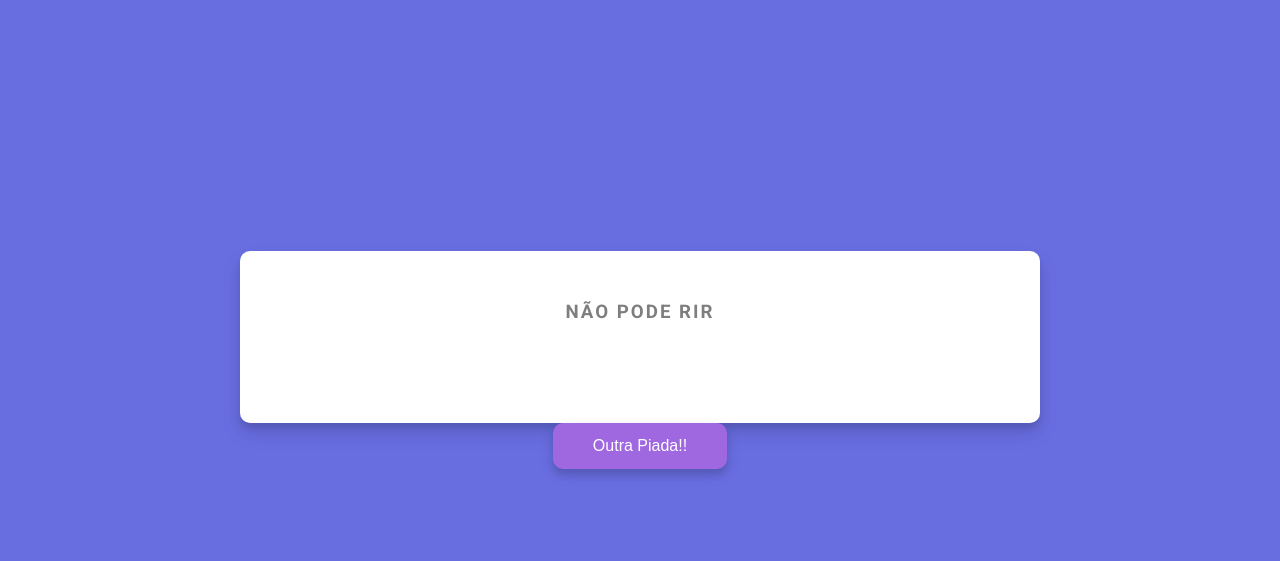
Repository: Williamlmachado/Dad-Jokes
Page: index.html
An editor plug-in stored every save of this project. The page is shown before and after the next save, followed by the edit.
The browser window is 1280 px wide. The pictures show the whole page.

Above is the page before, as saved 2021-08-21 13:18:36.
Console error: SyntaxError: Missing initializer in const declaration

### index.html
<!DOCTYPE html>
<html lang="en">
    <head>
        <meta charset="UTF-8"/>
        <meta name="viewport" content="width=device-width, initial-scale=1.0"/>
        <link rel="stylesheet" href="style.css"/>
        <title>PIADAS</title>
    </head>
    <body>
        <div class="container">
            <h3>NÃO PODE RIR</h3>
            <div id="joke" class="joke"></div>
        </div>
        <button id="jokeBtn" class="btn">Outra Piada!!</button>
        <script src="script.js"></script>
    </body>
</html>

### style.css
@import url('https://fonts.googleapis.com/css2?family=Roboto:wght@400;700&display=swap');

* {
  box-sizing: border-box;
}

body {
  background-color: #686de0;
  font-family: 'Roboto', sans-serif;
  display: flex;
  flex-direction: column;
  align-items: center;
  justify-content: center;
  height: 100vh;
  overflow: hidden;
  margin: 0;
  padding: 20px;
}
.container {
    background-color: #fff;
    border-radius: 10px;
    box-shadow: 0 10px 20px rgba(0, 0, 0, 0.1), 0 6px 6px rgba(0, 0, 0, 0.1);
    padding: 50px 20px;
    text-align: center;
    max-width: 100%;
    width: 800px;
  }

  h3 {
    margin: 0;
    opacity: 0.5;
    letter-spacing: 2px;
  letter-spacing: 2px;
}
.joke {
    font-size: 30px;
    letter-spacing: 1px;
    line-height: 40px;
    margin: 50px auto;
    max-width: 600px;
  }

  .btn {
    background-color: #9f68e0;
    color: #fff;
    border: 0;
    border-radius: 10px;
    box-shadow: 0 5px 15px rgba(0, 0, 0, 0.1), 0 6px 6px rgba(0, 0, 0, 0.1);
    padding: 14px 40px;
    font-size: 16px;
    cursor: pointer;
  }
  .btn:active {
    transform: scale(0.98);
  }

  .btn:focus {
    outline: 0;
  }

### script.js
const jokeEl

After the next save:
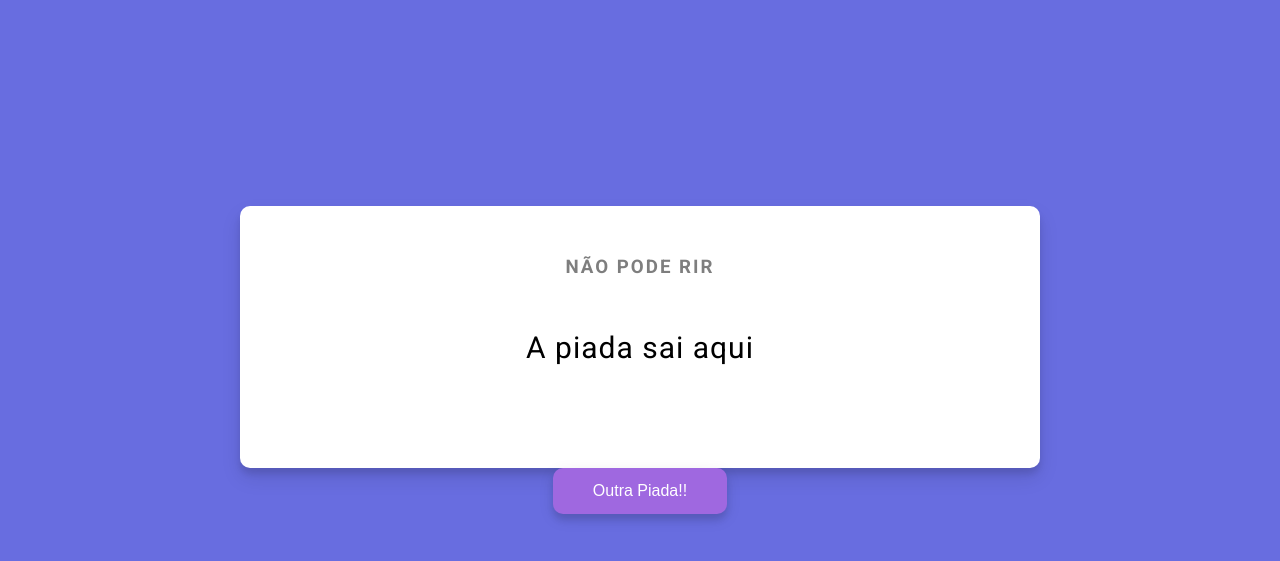
Saved 29 s later.
--- a/index.html
+++ b/index.html
@@ -9,7 +9,7 @@
     <body>
         <div class="container">
             <h3>NÃO PODE RIR</h3>
-            <div id="joke" class="joke"></div>
+            <div id="joke" class="joke">A piada sai aqui</div>
         </div>
         <button id="jokeBtn" class="btn">Outra Piada!!</button>
         <script src="script.js"></script>
